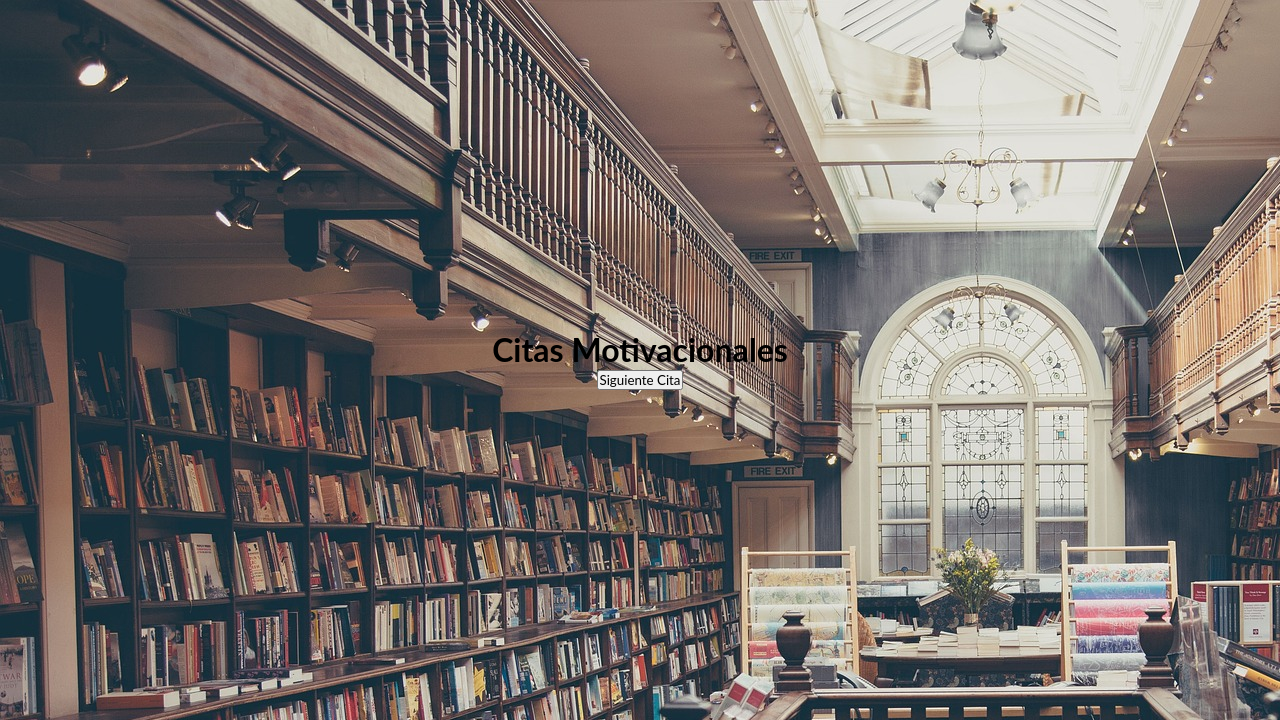
Repository: JoyMoGas/javascript-learn
Page: citas-aleatorias/index.html
An editor plug-in stored every save of this project. The page is shown before and after the next save, followed by the edit.
The browser window is 1280 px wide. The pictures show the whole page.

Above is the page before, as saved 2024-05-12 17:29:11.

### citas-aleatorias/index.html
<!DOCTYPE html>
<html lang="en">
  <head>
    <meta charset="UTF-8" />
    <meta name="viewport" content="width=device-width, initial-scale=1.0" />
    <title>Citas Aleatorias</title>
    <link rel="stylesheet" href="styles.css" />
  </head>
  <body>
    <div class="contenedor contenido-centrado">
      <h1 id="titulo" class="contenido-centrado">Citas Motivacionales</h1>
      <div class="contenedor-interno contenido-centrado">
        <p id="citas" class="contenido-centrado"></p>
        <p id="autor" class="contenido-centrado"></p>
        <button type="button" id="boton-cambiar-cita" class="btn btn-primary">Siguiente Cita</button>
      </div>
    </div>

    <script src="citas.js"></script>
    <script src="app.js"></script>
  </body>
</html>

### citas-aleatorias/styles.css
/* Estilos generales */

* {
  margin: 0;
  padding: 0;
  box-sizing: border-box;
  font-family: 'Lato', sans-serif;
}

body {
  display: flex;
  justify-content: center;
  align-items: center;
  height: 100vh;
  text-align: center;
  background: url(images/biblioteca.jpg) no-repeat;
}

Loaded but not shown: citas-aleatorias/citas.js (no stored copy; drawn as an empty file); citas-aleatorias/app.js (no stored copy; drawn as an empty file)

After the next save:
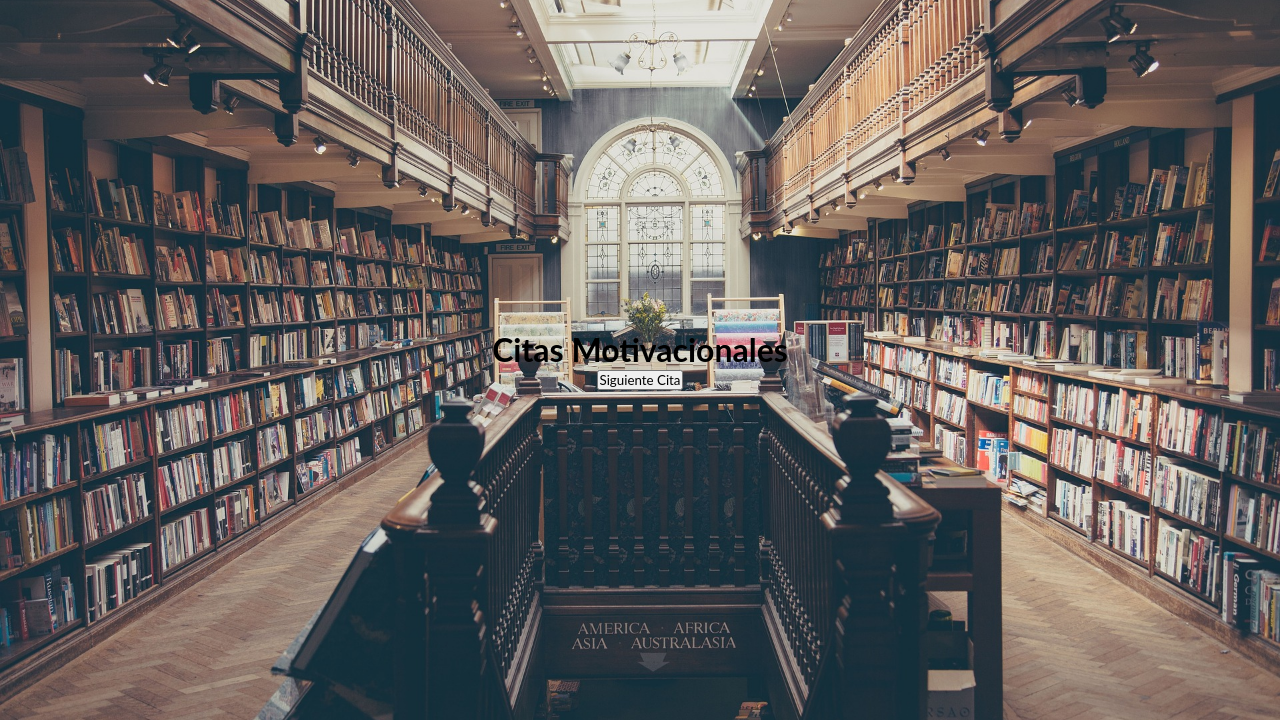
Saved 16 s later.
--- a/citas-aleatorias/styles.css
+++ b/citas-aleatorias/styles.css
@@ -13,5 +13,5 @@
   align-items: center;
   height: 100vh;
   text-align: center;
-  background: url(images/biblioteca.jpg) no-repeat;
+  background: url(images/biblioteca.jpg) no-repeat center center/cover;
 }
